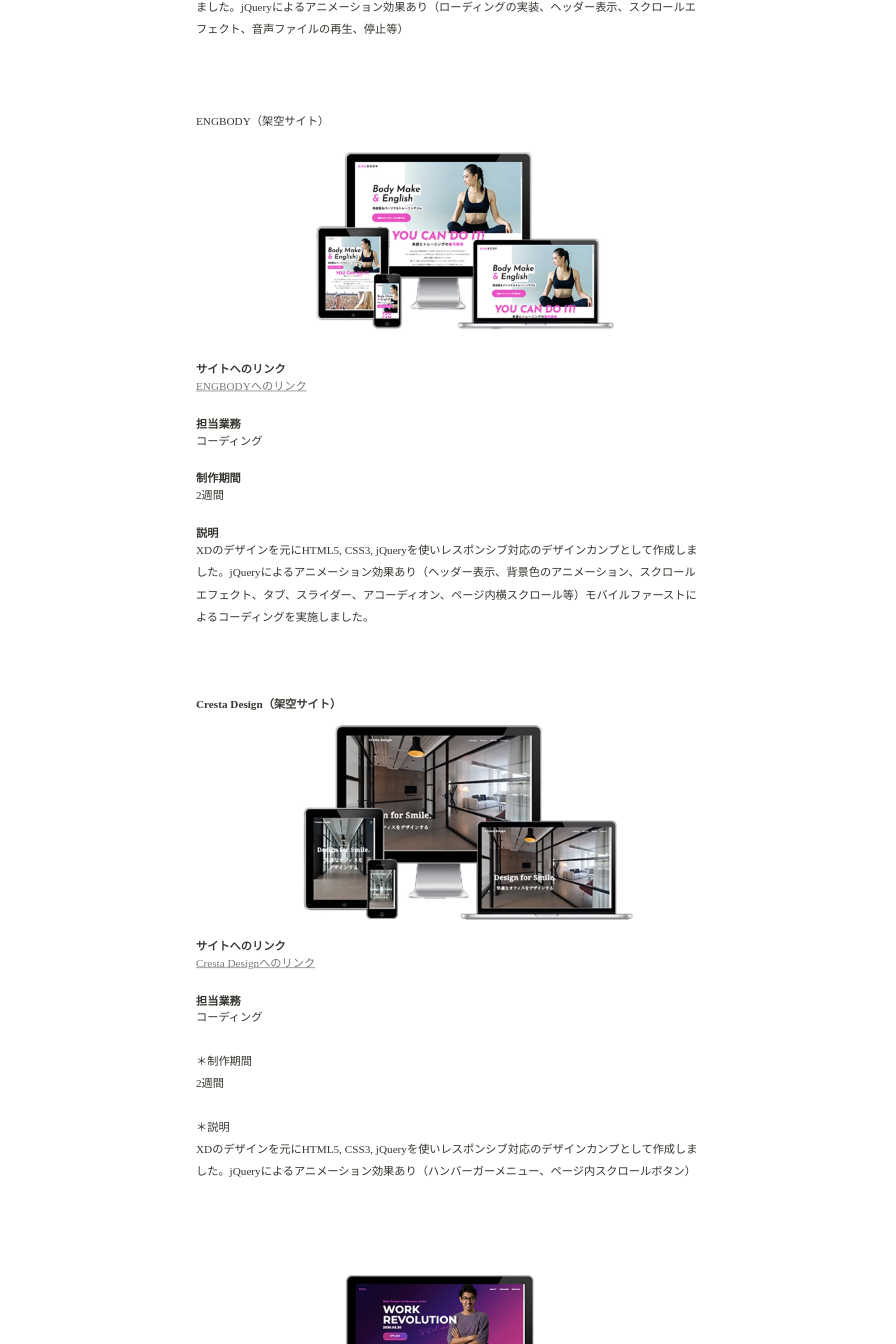
Repository: tetishi/my-portfolio
Page: index.html
An editor plug-in stored every save of this project. The page is shown before and after a run of saves, followed by the edit.
The browser window is 1280 px wide. The pictures show the part of the page from y = 4580 to 6500 px (the page is 11499 px tall before and 11483 px after), at 70% of full size.
The style sheet was rebuilt from its Sass, Less or Tailwind sources for each picture, by a compiler version that may differ from the author's.

Above is the page before, as saved 2024-05-19 15:55:50.

After the next 4 saves:
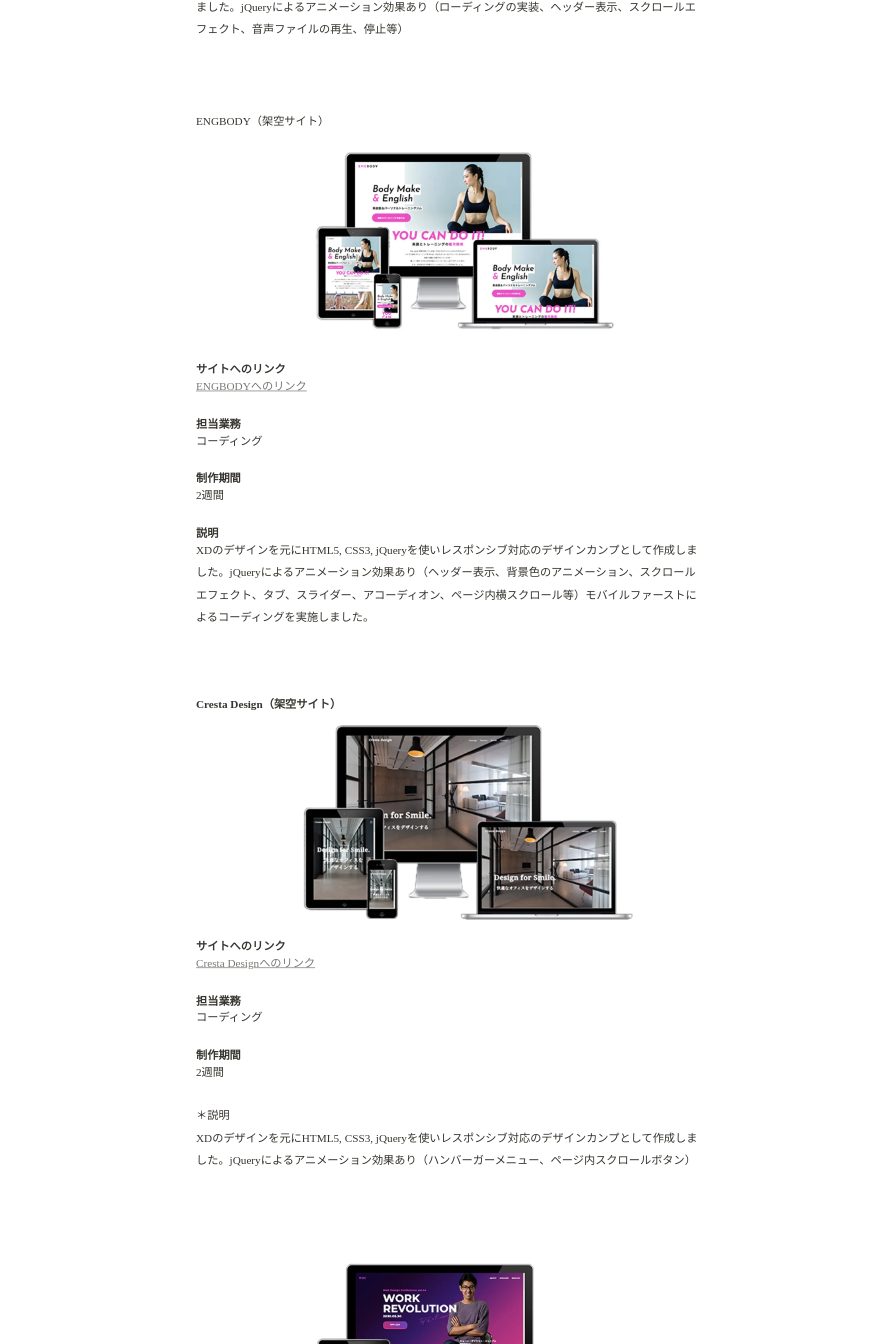
The 4 saves are shown as one change because they came seconds apart.
The last was saved 10 s later.
--- a/index.html
+++ b/index.html
@@ -274,7 +274,8 @@
 
                 <h3 class="details">担当業務</h3>
                 <p>コーディング</p>
-                <p class="details">＊制作期間</p>
+
+                <h3 class="details">制作期間</h3>
                 <!-- ここ記入 -->
                 <p>2週間</p>
                 <p class="details">＊説明</p>
